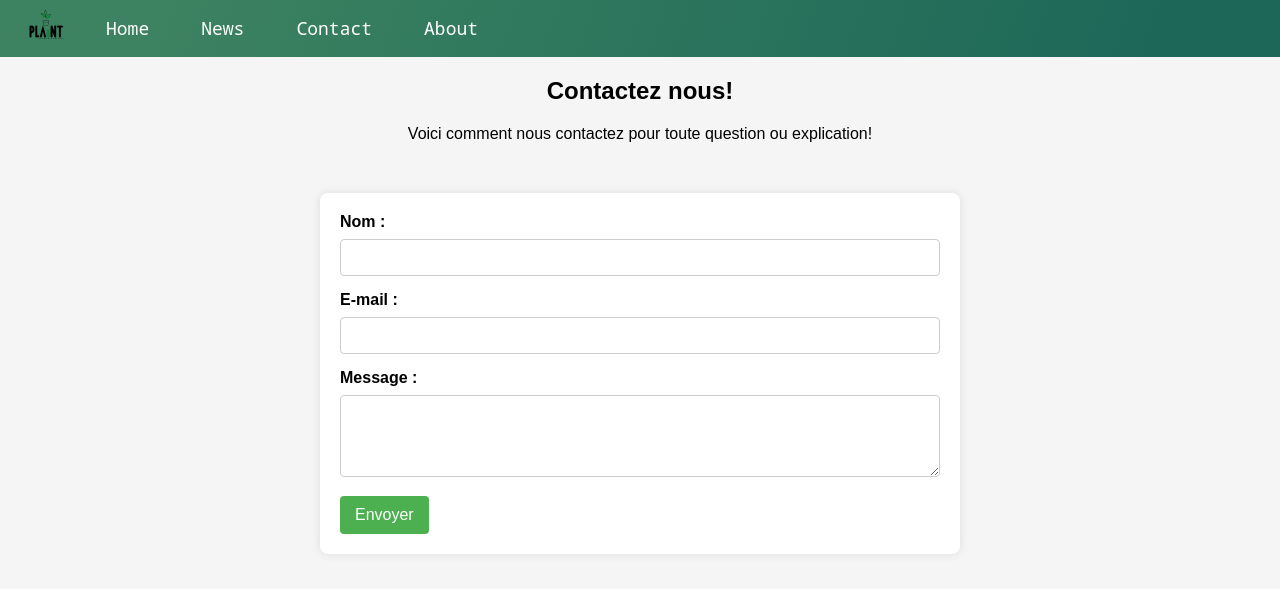
Repository: Flexo874/ISITECH-HTML-CSS
Page: contact/contact.html
The author's editor kept a copy of each file at every save. The page is drawn from the files as they stood at one save, then again after the next save.
The browser window is 1280 px wide. The pictures show the whole page.

Above is the page before, as saved 2024-01-04 12:14:10.

### contact/contact.html
<!DOCTYPE html>
<html lang="en">
<head>
    <meta charset="UTF-8">
    <meta name="viewport" content="width=device-width, initial-scale=1.0">
    <title>Formulaire de Contact</title>
    <link rel="stylesheet" href="styles.css">
    <link rel="stylesheet" href="../reseaux.css">
</head>
<body>
    <ul>
        <li>  <img src="../images/logo_render.png" alt="Logo"></li>
        <li><a href="../index.html">Home</a></li>
        <li><a href="#news">News</a></li>
        <li><a href="#contact">Contact</a></li>
        <li><a href="#about">About</a></li>
    </ul>

        <div class="contactez">
        <h2>Contactez nous!</h2>
        <p>Voici comment nous contactez pour toute question ou explication!</p>
        </div>


    <form action="#" method="post">
        <label for="name">Nom :</label>
        <input type="text" id="name" name="name" required>

        <label for="email">E-mail :</label>
        <input type="email" id="email" name="email" required>

        <label for="message">Message :</label>
        <textarea id="message" name="message" rows="4" required></textarea>

        <button type="submit">Envoyer</button>
    </form>




</body>
</html>

### contact/styles.css
body {
    font-family: Arial, sans-serif;
    background-color: #f5f5f5;
    margin: 0;
    padding: 0;
}

form {
    max-width: 600px;
    margin: 50px auto;
    background-color: #fff;
    padding: 20px;
    border-radius: 8px;
    box-shadow: 0 0 10px rgba(0, 0, 0, 0.1);
}

label {
    display: block;
    margin-bottom: 8px;
    font-weight: bold;
}

input, textarea {
    width: 100%;
    padding: 10px;
    margin-bottom: 15px;
    box-sizing: border-box;
    border: 1px solid #ccc;
    border-radius: 4px;
}

textarea {
    resize: vertical;
}

button {
    background-color: #4CAF50;
    color: #fff;
    padding: 10px 15px;
    border: none;
    border-radius: 4px;
    cursor: pointer;
    font-size: 16px;
}

button:hover {
    background-color: #45a049;
}


ul {
    list-style-type: none;
    margin: 0;
    padding: 0;
    overflow: hidden;
    background-image: linear-gradient(
      109.6deg,
      rgba(61, 131, 97, 1) 11.2%,
      rgba(28, 103, 88, 1) 91.1%
    );
    display: flex;
    list-style: none;
    box-sizing: border-box;
    justify-content: left;
  }

  li img {
    width: 50px;
    height: auto;
    vertical-align: middle;
  }

  li {
    position: relative;
    margin-left: 20px;
  }

  li a {
    display: block;
    color: white;
    text-align: center;
    padding: 18px 16px;
    text-decoration: none;
    font-size: 18px;
    transition: 0.4s ease-in-out;
    position: center;
    font-family: "Noto Mono", monospace;
  }

  li a:hover {
    background-color: #00564B;
    border-radius: 5px;
    transform: scale(1.2);
  }

  .plant-img img {
    width: 100%;
    height: 600px;
    object-fit: cover;
    overflow: hidden;
  }


  .contactez{
    text-align: center;
  }

### reseaux.css
footer{
    background-color:white;

}

.socials{
    display: flex;
    justify-content:center;
    padding: 10px 0;

}

.social{
    margin:0 10px;
}

.social img{
    width: 26px;
    height: 26px;
}

.social  :hover{
    transform: scale(1.1);
}
.social > .yt img{
    width: 26px;
    height: auto;
    padding-top: 5px;
    scale: 1.1;
}

After the next save:
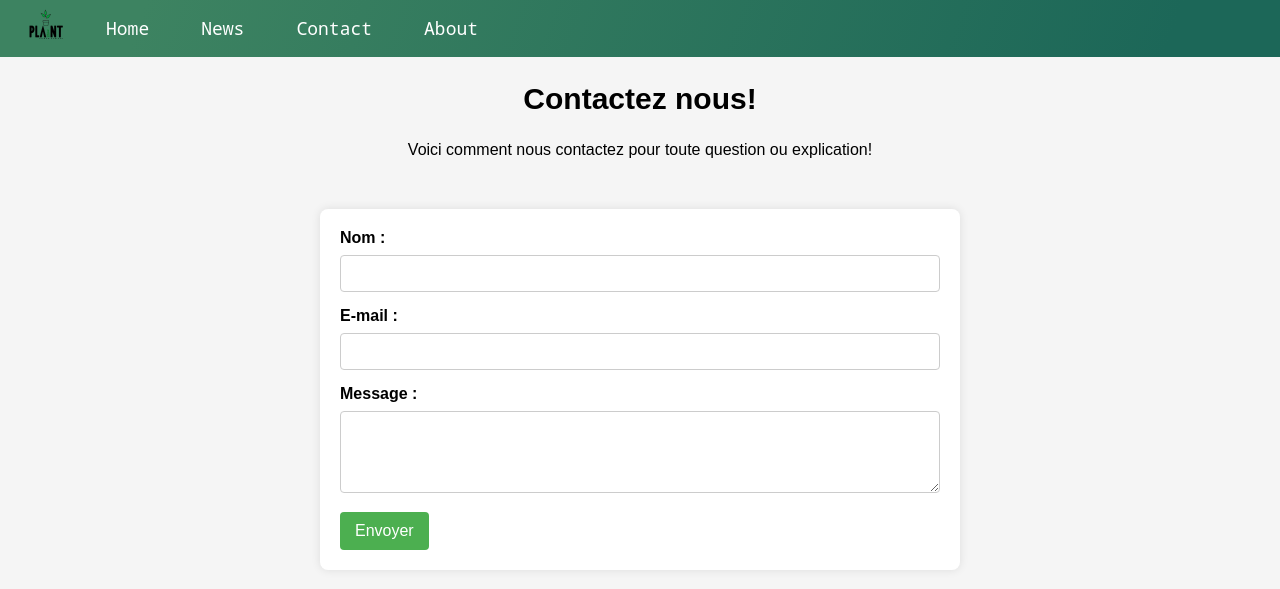
Saved 23 s later.
--- a/contact/styles.css
+++ b/contact/styles.css
@@ -104,3 +104,6 @@ ul {
   .contactez{
     text-align: center;
   }
+  .contactez h2{
+    font-size: 30px;
+  }
